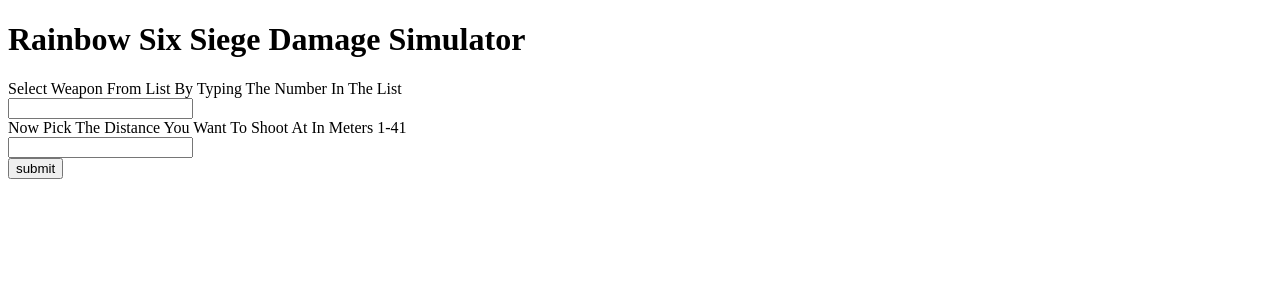
Repository: Garrett66x/R6DamageSim
Page: R6DamageSim/R6DamageSim2/WebContent/R6DamageSim2.html
These files come from the project's save history. The page is drawn as it stood at one moment and after the next save; the edit follows.
The browser window is 1280 px wide. The pictures show the whole page.

Above is the page before, as saved 2020-03-14 02:06:28.

### R6DamageSim/R6DamageSim2/WebContent/R6DamageSim2.html
<!DOCTYPE html>
<html>
<head>
<meta charset="UTF-8">
<title></title>
</head>
<body>
<p></p>
  <h1>Rainbow Six Siege Damage Simulator</h1>
  <label>Select Weapon From List By Typing The Number In The List</label>
  <br>
  <form method="post" action="Servlet">
  <input type="text" id="gunNumber" name="gunNumber"/>
  <br>
  <label>Now Pick The Distance You Want To Shoot At In Meters 1-41</label>
  <br>
  <input type="text" id="distance" name="distance"/>
  <br>
  <input type="submit" value="submit"/>
  </form>
</body>
</html>

After the next save:
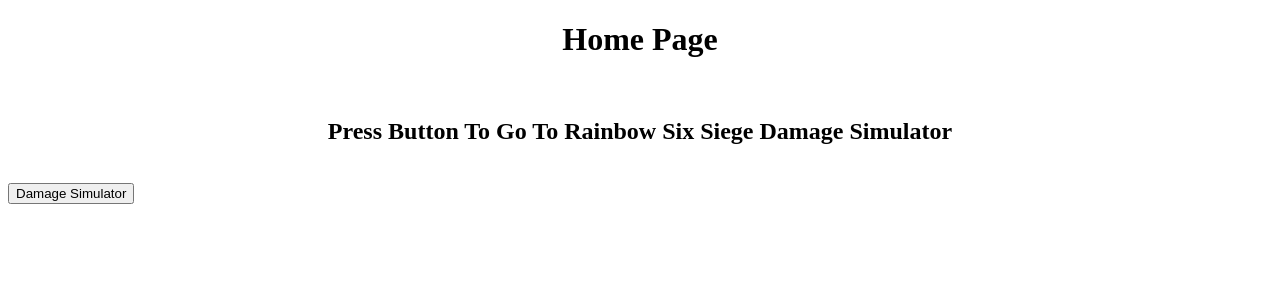
Saved 10 min 21 s later.
--- a/R6DamageSim/R6DamageSim2/WebContent/R6DamageSim2.html
+++ b/R6DamageSim/R6DamageSim2/WebContent/R6DamageSim2.html
@@ -2,21 +2,16 @@
 <html>
 <head>
 <meta charset="UTF-8">
-<title></title>
+<title>R6 Home Page</title>
 </head>
 <body>
 <p></p>
-  <h1>Rainbow Six Siege Damage Simulator</h1>
-  <label>Select Weapon From List By Typing The Number In The List</label>
+  <h1 align = "center">Home Page</h1>
   <br>
   <form method="post" action="Servlet">
-  <input type="text" id="gunNumber" name="gunNumber"/>
-  <br>
-  <label>Now Pick The Distance You Want To Shoot At In Meters 1-41</label>
-  <br>
-  <input type="text" id="distance" name="distance"/>
-  <br>
-  <input type="submit" value="submit"/>
+	<h2 align = "center">Press Button To Go To Rainbow Six Siege Damage Simulator</h2>
+	<br>
+  <input type="submit" value="Damage Simulator"/>
   </form>
 </body>
 </html>
